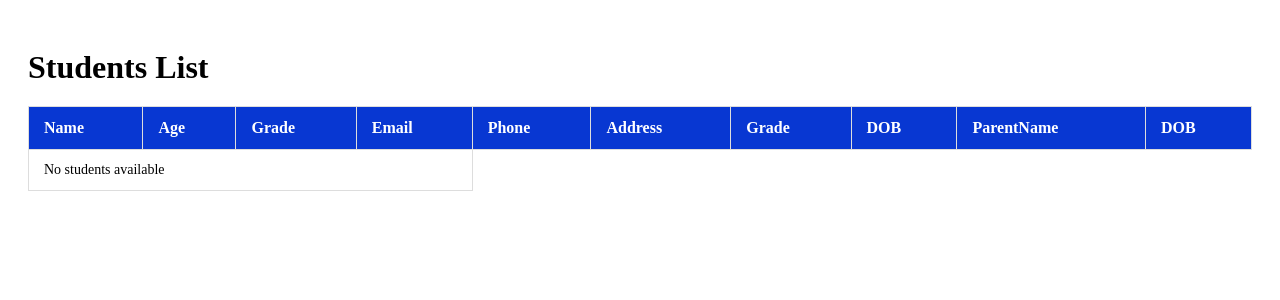
Repository: sharmisthak16/Student-Assignment
Page: /students (app in my-project/)
The author's editor kept a copy of each file at every save. The page is drawn from the files as they stood at one save, then again after the next save.
The browser window is 1280 px wide. The pictures show the whole page.
The page's requests for data from a server got no answer. The project was rebuilt for these pictures with package versions that can differ from the ones it lists, and the page was loaded fresh each time. No one was signed in, and anything a server would have sent is missing. Also part of the build but not shown: my-project/vite.config.js, my-project/src/components/LoginForm.css, my-project/src/components/LoginForm.jsx, my-project/src/components/Dashboard.css, my-project/src/components/Dashboard.jsx, my-project/src/components/HomeButtons.css, my-project/src/components/HomeButtons.jsx, my-project/src/Pages/Home.jsx and 4 more.

Above is the page before, as saved 2025-01-31 04:25:24.

After the next save:
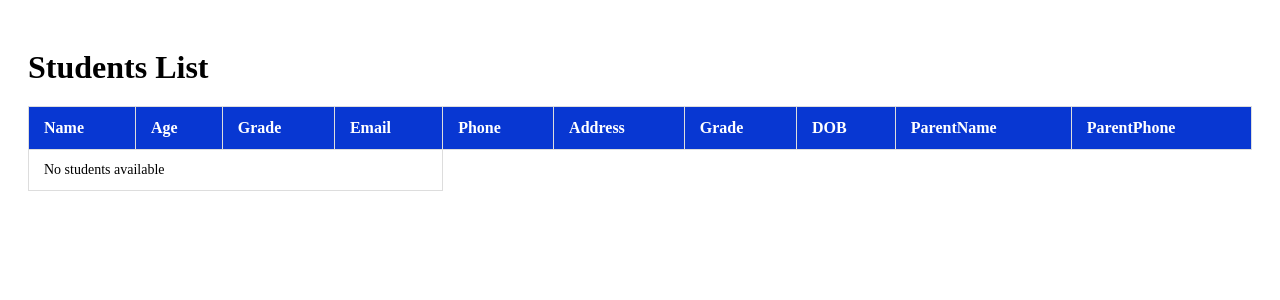
Saved 6 s later.
--- a/my-project/src/components/StudentPage.jsx
+++ b/my-project/src/components/StudentPage.jsx
@@ -43,7 +43,7 @@ const StudentPage = () => {
               <th>Grade</th>
               <th>DOB</th>
               <th>ParentName</th>
-              <th>DOB</th>
+              <th>ParentPhone</th>
             </tr>
           </thead>
           <tbody>
